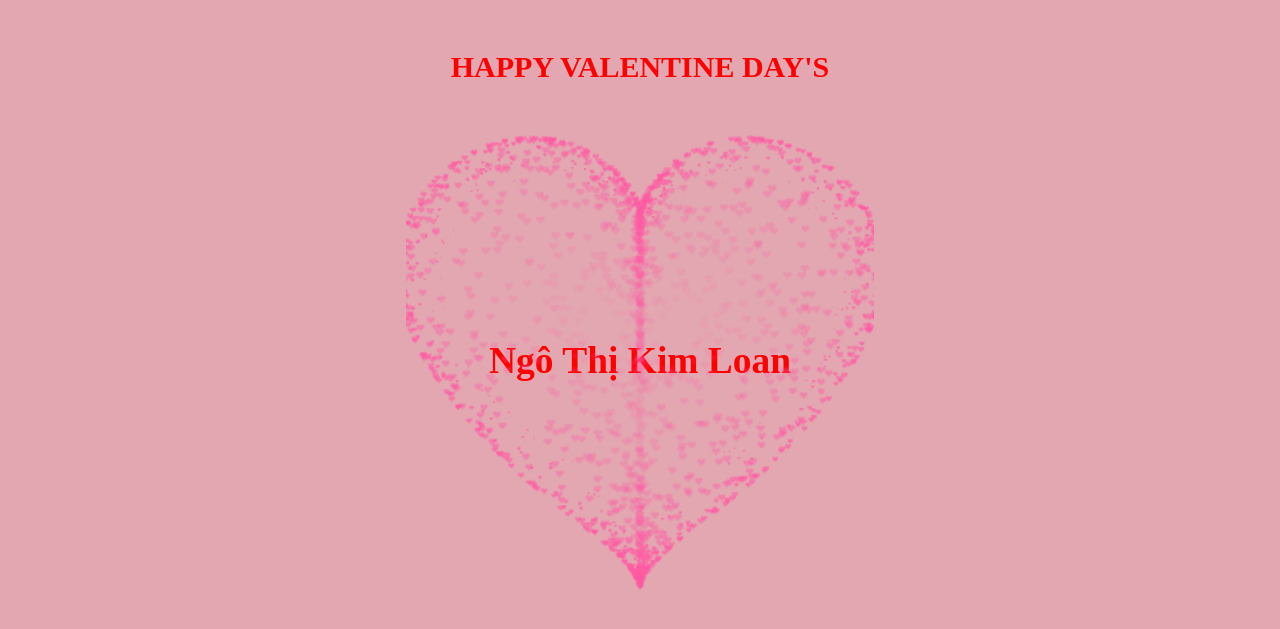
Repository: congbnvn0709/happy-valentine
Page: index.html
An editor plug-in stored every save of this project. The page is shown before and after the next save, followed by the edit.
The browser window is 1280 px wide. The pictures show the whole page.

Above is the page before, as saved 2023-01-30 23:27:51.

### index.html
<!DOCTYPE html PUBLIC "-//W3C//DTD HTML 4.0 Transitional//EN">
<html>
  <head>
    <title>Happy valentine day's</title>
    <meta name="Generator" content="EditPlus" />
    <meta name="Author" content="" />
    <meta name="Keywords" content="" />
    <meta name="Description" content="" />
    <link rel="stylesheet" type="text/css" href="style.css" />
  </head>

  <body>
    <p class="title">HAPPY VALENTINE DAY'S</p>
    <h1>Ngô Thị Kim Loan</h1>

    <div class="box">
      <canvas id="pinkboard"></canvas>
    </div>

    <script src="app.js"></script>
  </body>
</html>

### style.css
html,
body {
  height: 100%;
  padding: 0;
  margin: 0;
  background: rgb(227, 167, 177);
  display: flex;
  justify-content: center;
  align-items: center;
}

h1 {
  color: red;
}

.box {
  width: 100%;
  position: absolute;
  top: 50%;
  left: 50%;
  transform: translate(-50%, -50%);
  display: flex;
  flex-direction: column;
}

canvas {
  position: absolute;
  width: 100%;
  height: 100%;
}

#pinkboard {
  position: relative;
  margin: auto;
  height: 400px;
  width: 400px;
  animation: animate 2s infinite;
}

h1 {
  animation: animate 2s infinite;
}

#pinkboard:before,
#pinkboard:after {
  content: "";

  position: absolute;

  background: #ff5ca4;

  width: 100px;

  height: 160px;

  border-top-left-radius: 50px;

  border-top-right-radius: 50px;
}

#pinkboard:before {
  left: 100px;

  transform: rotate(-45deg);

  transform-origin: 0 100%;

  box-shadow: 0 14px 28px rgba(0, 0, 0, 0.25), 0 10px 10px rgba(0, 0, 0, 0.22);
}

#pinkboard:after {
  left: 0;

  transform: rotate(45deg);

  transform-origin: 100% 100%;
}

@keyframes animate {
  0% {
    transform: scale(1);
  }

  30% {
    transform: scale(0.8);
  }

  60% {
    transform: scale(1.2);
  }

  100% {
    transform: scale(1);
  }
}

.title {
  position: absolute;
  top: 20px;
  color: red;
  font-size: 30px;
  font-weight: 700;
}

### app.js
var settings = {
    particles: {
      length: 2000,
      duration: 3,
      velocity: 100,
      effect: -1,
      size: 8,
    },
  };

  (function () {
    var b = 0;

    var c = ["ms", "moz", "webkit", "o"];

    for (var a = 0; a < c.length && !window.requestAnimationFrame; ++a) {
      window.requestAnimationFrame = window[c[a] + "RequestAnimationFrame"];

      window.cancelAnimationFrame =
        window[c[a] + "CancelAnimationFrame"] ||
        window[c[a] + "CancelRequestAnimationFrame"];
    }

    if (!window.requestAnimationFrame) {
      window.requestAnimationFrame = function (h, e) {
        var d = new Date().getTime();

        var f = Math.max(0, 16 - (d - b));

        var g = window.setTimeout(function () {
          h(d + f);
        }, f);

        b = d + f;

        return g;
      };
    }

    if (!window.cancelAnimationFrame) {
      window.cancelAnimationFrame = function (d) {
        clearTimeout(d);
      };
    }
  })();

  var Point = (function () {
    function Point(x, y) {
      this.x = typeof x !== "undefined" ? x : 0;

      this.y = typeof y !== "undefined" ? y : 0;
    }

    Point.prototype.clone = function () {
      return new Point(this.x, this.y);
    };

    Point.prototype.length = function (length) {
      if (typeof length == "undefined")
        return Math.sqrt(this.x * this.x + this.y * this.y);

      this.normalize();

      this.x *= length;

      this.y *= length;

      return this;
    };

    Point.prototype.normalize = function () {
      var length = this.length();

      this.x /= length;

      this.y /= length;

      return this;
    };

    return Point;
  })();

  var Particle = (function () {
    function Particle() {
      this.position = new Point();

      this.velocity = new Point();

      this.acceleration = new Point();

      this.age = 0;
    }

    Particle.prototype.initialize = function (x, y, dx, dy) {
      this.position.x = x;

      this.position.y = y;

      this.velocity.x = dx;

      this.velocity.y = dy;

      this.acceleration.x = dx * settings.particles.effect;

      this.acceleration.y = dy * settings.particles.effect;

      this.age = 0;
    };

    Particle.prototype.update = function (deltaTime) {
      this.position.x += this.velocity.x * deltaTime;

      this.position.y += this.velocity.y * deltaTime;

      this.velocity.x += this.acceleration.x * deltaTime;

      this.velocity.y += this.acceleration.y * deltaTime;

      this.age += deltaTime;
    };

    Particle.prototype.draw = function (context, image) {
      function ease(t) {
        return --t * t * t + 1;
      }

      var size = image.width * ease(this.age / settings.particles.duration);

      context.globalAlpha = 1 - this.age / settings.particles.duration;

      context.drawImage(
        image,

        this.position.x - size / 2,

        this.position.y - size / 2,

        size,

        size
      );
    };

    return Particle;
  })();

  var ParticlePool = (function () {
    var particles,
      firstActive = 0,
      firstFree = 0,
      duration = settings.particles.duration;

    function ParticlePool(length) {
      particles = new Array(length);

      for (var i = 0; i < particles.length; i++)
        particles[i] = new Particle();
    }

    ParticlePool.prototype.add = function (x, y, dx, dy) {
      particles[firstFree].initialize(x, y, dx, dy);

      firstFree++;

      if (firstFree == particles.length) firstFree = 0;

      if (firstActive == firstFree) firstActive++;

      if (firstActive == particles.length) firstActive = 0;
    };

    ParticlePool.prototype.update = function (deltaTime) {
      var i;

      if (firstActive < firstFree) {
        for (i = firstActive; i < firstFree; i++)
          particles[i].update(deltaTime);
      }

      if (firstFree < firstActive) {
        for (i = firstActive; i < particles.length; i++)
          particles[i].update(deltaTime);

        for (i = 0; i < firstFree; i++) particles[i].update(deltaTime);
      }

      while (
        particles[firstActive].age >= duration &&
        firstActive != firstFree
      ) {
        firstActive++;

        if (firstActive == particles.length) firstActive = 0;
      }
    };

    ParticlePool.prototype.draw = function (context, image) {
      if (firstActive < firstFree) {
        for (i = firstActive; i < firstFree; i++)
          particles[i].draw(context, image);
      }

      if (firstFree < firstActive) {
        for (i = firstActive; i < particles.length; i++)
          particles[i].draw(context, image);

        for (i = 0; i < firstFree; i++) particles[i].draw(context, image);
      }
    };

    return ParticlePool;
  })();

  (function (canvas) {
    var context = canvas.getContext("2d"),
      particles = new ParticlePool(settings.particles.length),
      particleRate =
        settings.particles.length / settings.particles.duration,
      time;

    function pointOnHeart(t) {
      return new Point(
        160 * Math.pow(Math.sin(t), 3),

        130 * Math.cos(t) -
          50 * Math.cos(2 * t) -
          20 * Math.cos(3 * t) -
          10 * Math.cos(4 * t) +
          25
      );
    }

    var image = (function () {
      var canvas = document.createElement("canvas"),
        context = canvas.getContext("2d");

      canvas.width = settings.particles.size;

      canvas.height = settings.particles.size;

      function to(t) {
        var point = pointOnHeart(t);

        point.x =
          settings.particles.size / 2 +
          (point.x * settings.particles.size) / 350;

        point.y =
          settings.particles.size / 2 -
          (point.y * settings.particles.size) / 350;

        return point;
      }

      context.beginPath();

      var t = -Math.PI;

      var point = to(t);

      context.moveTo(point.x, point.y);

      while (t < Math.PI) {
        t += 0.01;

        point = to(t);

        context.lineTo(point.x, point.y);
      }

      context.closePath();

      context.fillStyle = "#FF5CA4";

      context.fill();

      var image = new Image();

      image.src = canvas.toDataURL();

      return image;
    })();

    function render() {
      requestAnimationFrame(render);

      var newTime = new Date().getTime() / 1000,
        deltaTime = newTime - (time || newTime);

      time = newTime;

      context.clearRect(0, 0, canvas.width, canvas.height);

      var amount = particleRate * deltaTime;

      for (var i = 0; i < amount; i++) {
        var pos = pointOnHeart(Math.PI - 2 * Math.PI * Math.random());

        var dir = pos.clone().length(settings.particles.velocity);

        particles.add(
          canvas.width / 2 + pos.x,

          canvas.height / 2 - pos.y,

          dir.x,

          -dir.y
        );
      }

      particles.update(deltaTime);

      particles.draw(context, image);
    }

    function onResize() {
      canvas.width = canvas.clientWidth;

      canvas.height = canvas.clientHeight;
    }

    window.onresize = onResize;

    setTimeout(function () {
      onResize();

      render();
    }, 10);
  })(document.getElementById("pinkboard"));

After the next save:
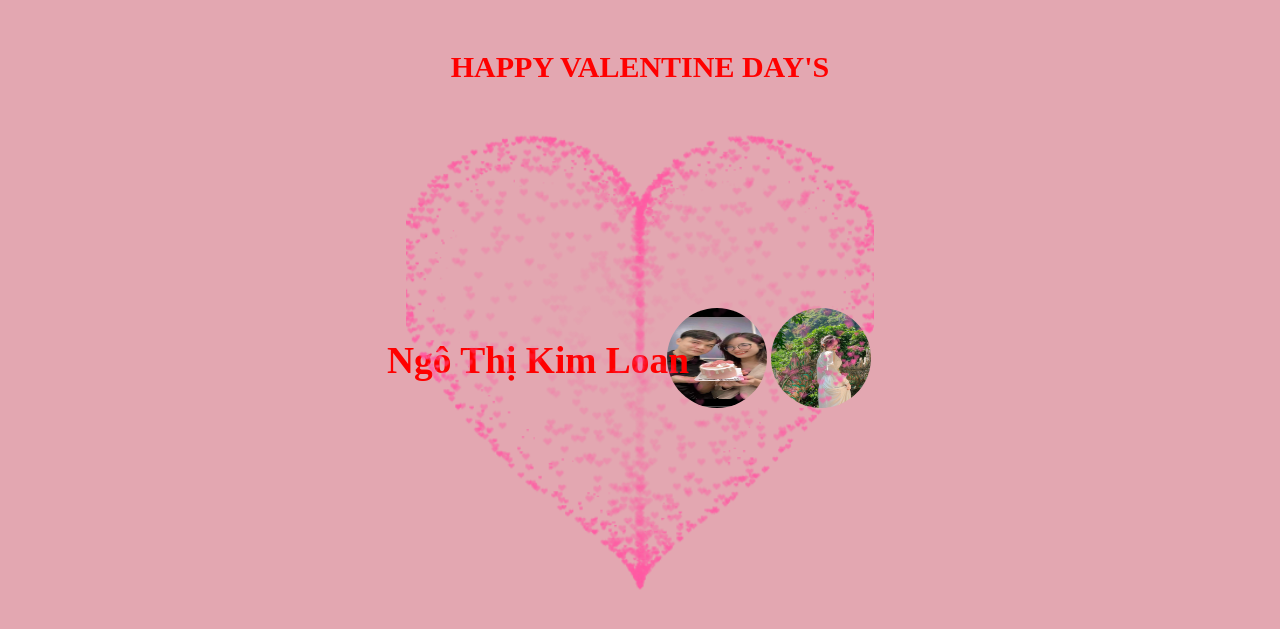
Saved 3 min 28 s later.
--- a/index.html
+++ b/index.html
@@ -16,7 +16,10 @@
     <div class="box">
       <canvas id="pinkboard"></canvas>
     </div>
-
+    <div class="image">
+        <img class="image1" src="./person1.jpg" alt="" srcset="">
+        <img class="image1" src="./person2.jpg" alt="" srcset="">
+    </div>
     <script src="app.js"></script>
   </body>
 </html>
--- a/style.css
+++ b/style.css
@@ -101,3 +101,8 @@ h1 {
   font-size: 30px;
   font-weight: 700;
 }
+.image1{
+    width: 100px;
+    height: 100px;
+    border-radius: 50%;
+}
